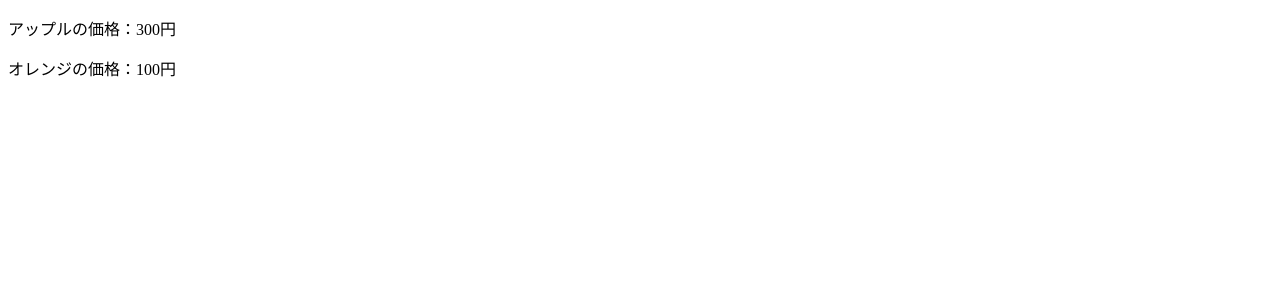
Repository: wadashuri/gourmet-website-develop
Page: js.1/07/func_sample2.html
The author's editor kept a record of every edit. The page is drawn from the files as they stood at one moment, then again after the next edit.
The browser window is 1280 px wide. The pictures show the whole page.

Above is the page before.

After the next edit:
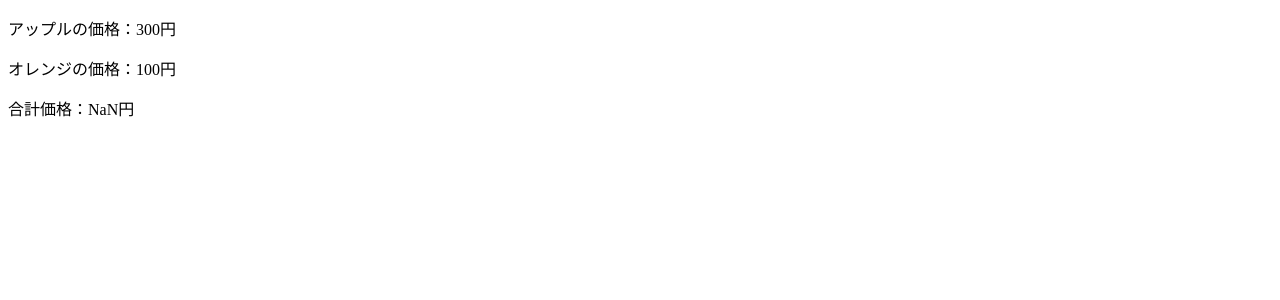
The edit:
--- a/js.1/07/func_sample2.html
+++ b/js.1/07/func_sample2.html
@@ -28,6 +28,7 @@
 
 // document.write(`<p>アップルの価格：${apple_price}円</p>`);
 document.write(`<p>オレンジの価格：${orange_price}円</p>`);
+document.write(`<p>合計価格：${total_price}円</p>`);
 
 </script>
 
